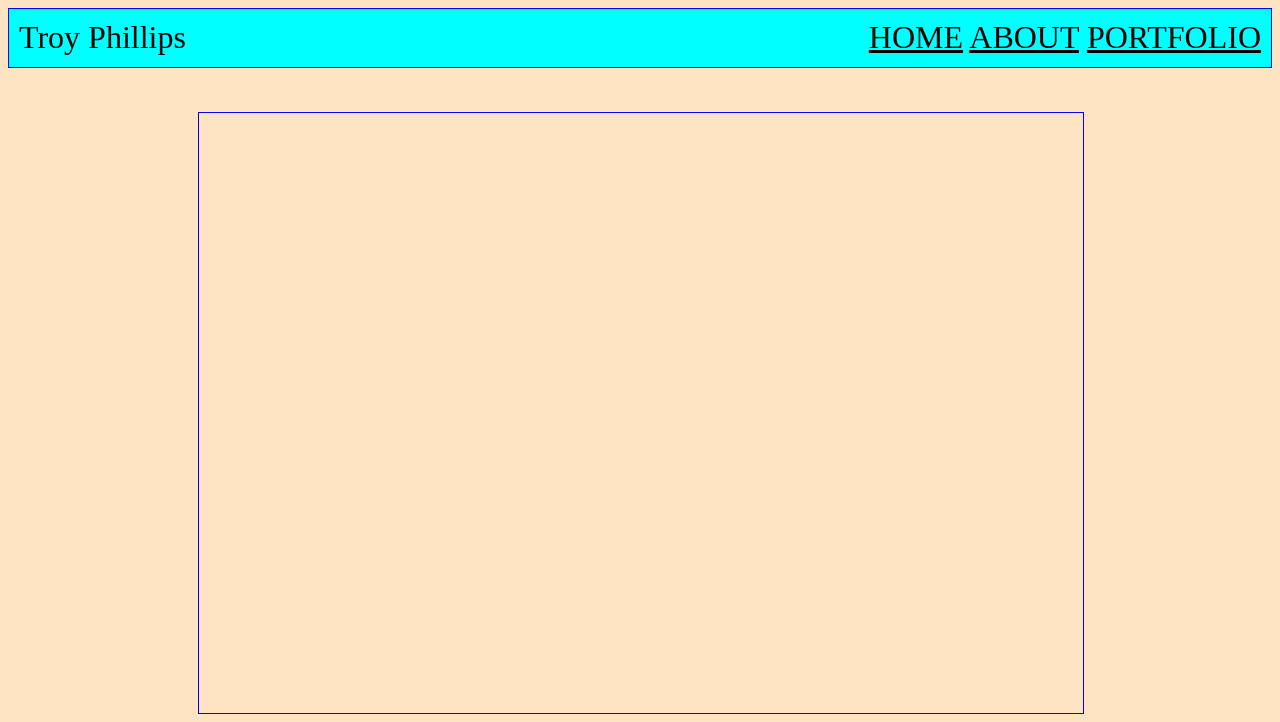
Repository: TheTroyPhillips/Personal-website
Page: portfolio.html
An editor plug-in stored every save of this project. The page is shown before and after a run of saves, followed by the edit.
The browser window is 1280 px wide. The pictures show the whole page.

Above is the page before, as saved 2023-09-10 22:32:53.

### portfolio.html
<!DOCTYPE html>
<html lang="en">
<head>
    <meta charset="UTF-8">
    <meta name="viewport" content="width=device-width, initial-scale=1.0">
    <title>Document</title>
    <link rel="stylesheet" href="style.css">
</head>
<body>

    <div class="parent">
        <div class="child">
            <span class="myname">Troy Phillips</span>
        <nav class="pages">
            <a class="active" href="/">HOME</a>
            <a href="/about.html">ABOUT</a>
            <a href="/portfolio.html">PORTFOLIO</a>
        </div>
        <h2></h2>
        <div class="childc">

        </div>

### style.css
.child{
    width: 100%;
    height: 60px;
    border: 1px solid blue;
    display: inline-block;
    box-sizing: border-box;
    background-color: aqua;
    padding: 10px;
}
.childb{
    width: 70%;
    height: 600px;
    border: 1px solid blue
}
.myname{
    float: left;
    font-size: 2rem;
}
.pages{
    float: right;
    font-size: 2rem;
}
.pages a.active{
    color: inherit;
}
.pages a{
    color: inherit;
}
body{
    background-color: bisque;
}
main{
    text-align: center;
    margin-left: 5%;
    margin-right: 5%;
    font-size: 1.8rem;
}
p{
    text-align: center;
    font-size: 2.5rem;
    font-family: Verdana, Geneva, Tahoma, sans-serif;
    margin: 130px;
}
.pa{
    margin: 10px;
}
h2{
    font-size: 3rem;
}
.childc{
    width: 70%;
    height: 600px;
    border: 1px solid blue;
    margin-left: 15%;
}

After the next 2 saves:
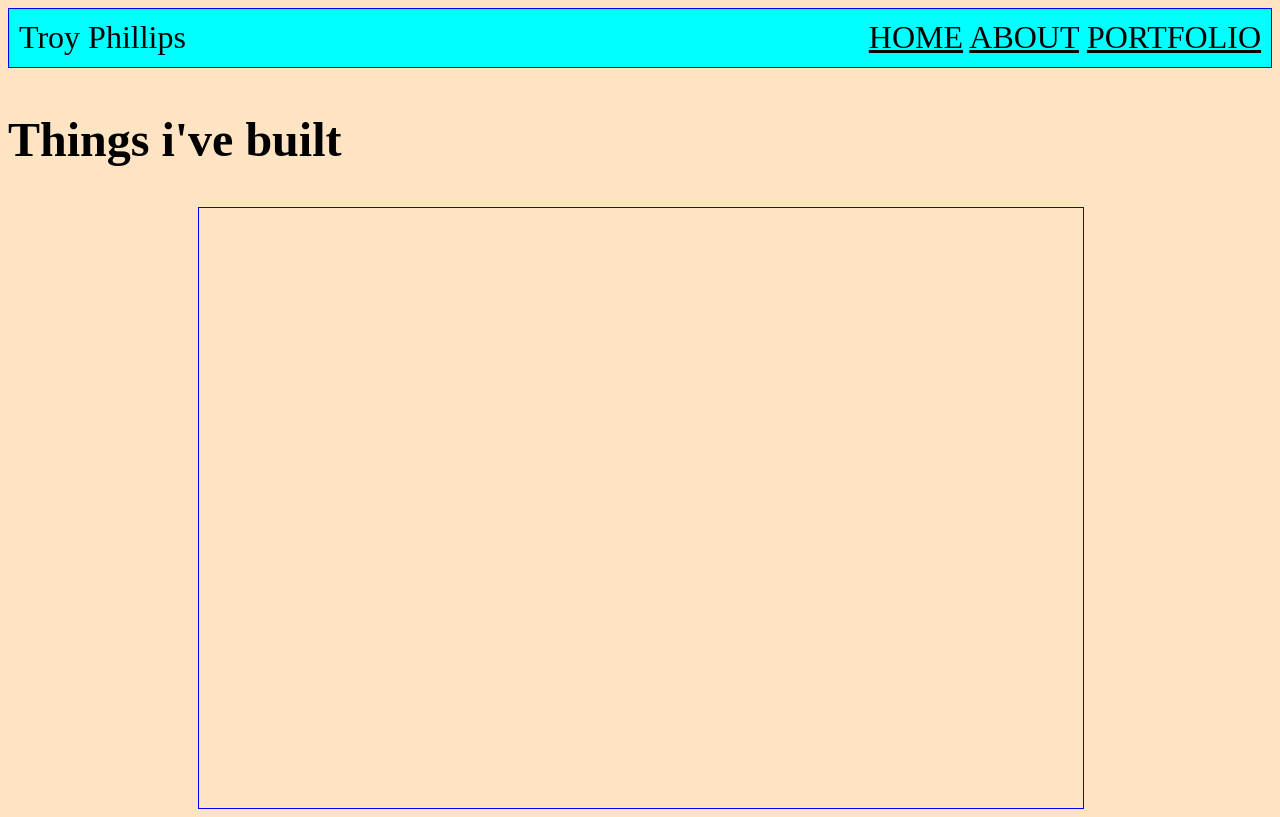
The 2 saves are shown as one change because they came seconds apart.
The last was saved 10 s later.
--- a/portfolio.html
+++ b/portfolio.html
@@ -16,7 +16,7 @@
             <a href="/about.html">ABOUT</a>
             <a href="/portfolio.html">PORTFOLIO</a>
         </div>
-        <h2></h2>
+        <h2>Things i've built</h2>
         <div class="childc">
 
         </div>
